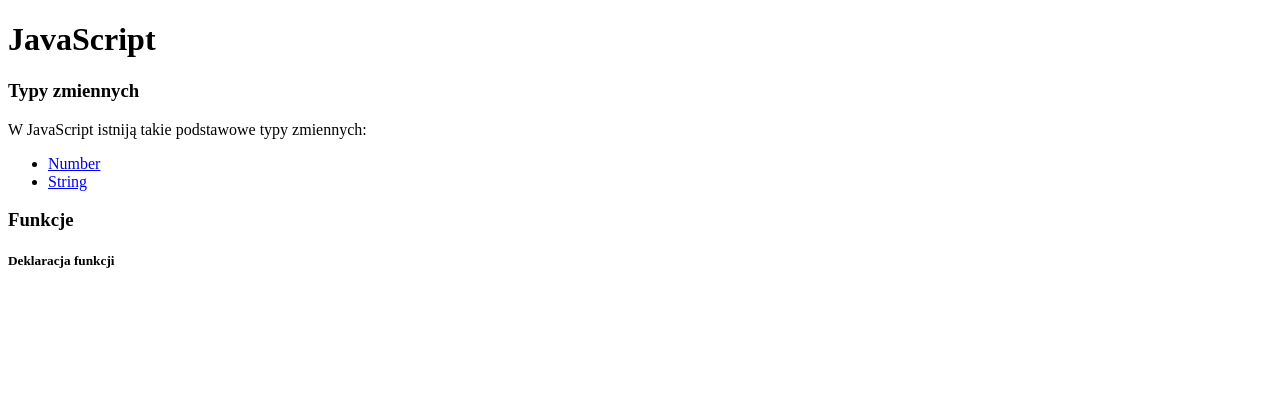
Repository: romanstetsiuk1/JS_learn
Page: noteJavaScript.html
An editor plug-in stored every save of this project. The page is shown before and after the next save, followed by the edit.
The browser window is 1280 px wide. The pictures show the whole page.

Above is the page before, as saved 2020-08-18 17:51:32.

After the next save:
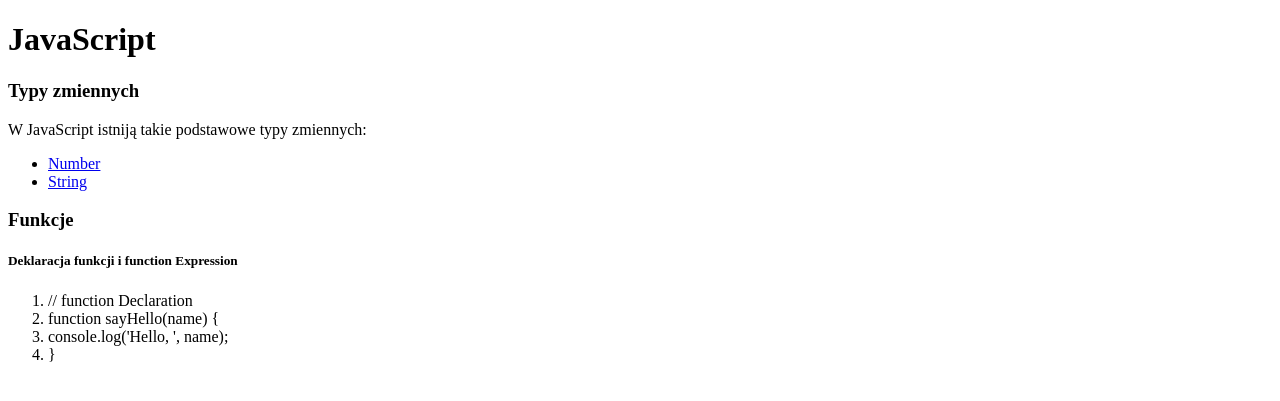
Saved 9 min 15 s later.
--- a/noteJavaScript.html
+++ b/noteJavaScript.html
@@ -20,7 +20,15 @@
 
     <article>
       <h3>Funkcje</h3>
-      <h5>Deklaracja funkcji</h5>
+      <h5>Deklaracja funkcji i function Expression</h5>
+        <div class="vsCode">
+          <ol>
+            <li>// function Declaration</li>
+            <li>function sayHello(name) {</li>
+            <li>  console.log('Hello, ', name);</li>
+            <li>}</li>
+          </ol>
+        </div>
 
 
     </article>
--- a/functionExample.js
+++ b/functionExample.js
@@ -3,4 +3,10 @@ function sayHello(name) {
   console.log('Hello, ', name);
 }
 
+// function Expression
+const sayHi = function sayHello2(name) {
+  console.log(`Hi ${name}, how are You?`);
+}
+
 sayHello('Mark');
+sayHi('Michal');
